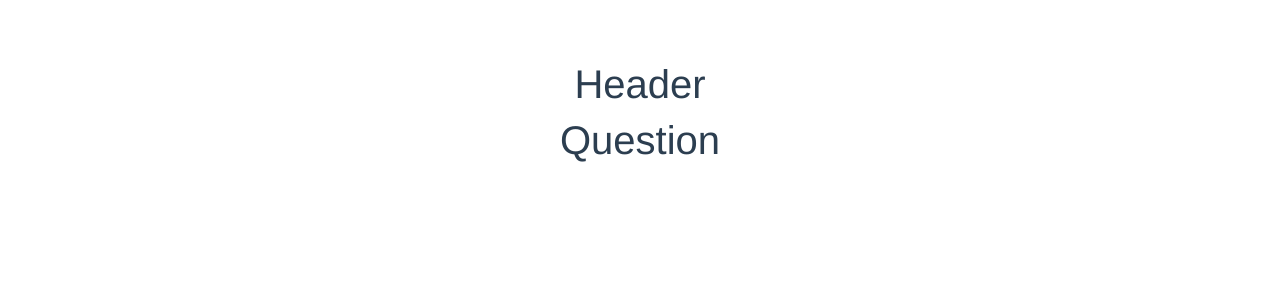
Repository: tokliver/AppVue
Page: /
These files come from the project's save history. The page is drawn as it stood at one moment and after the next save; the edit follows.
The browser window is 1280 px wide. The pictures show the whole page.
The project was rebuilt for these pictures with package versions that can differ from the ones it lists, and the page was loaded fresh each time.

Above is the page before, as saved 2019-04-13 09:11:47.

### src/main.js
import Vue from 'vue'

import BootstrapVue from 'bootstrap-vue'

import 'bootstrap/dist/css/bootstrap.css'
import 'bootstrap-vue/dist/bootstrap-vue.css'

import App from './App.vue'



Vue.use(BootstrapVue)

Vue.config.productionTip = false

new Vue({
  render: h => h(App),
}).$mount('#app')

### src/App.vue
<template>
  <div id="app">
    <Header />
    <QuestionBox />
  </div>
</template>

<script>
import Header from './components/Header.vue'
import QuestionBox from './components/QuestionBox.vue'

export default {
  name: 'app',
  components: {
    Header,
    QuestionBox
  }
}
</script>

<style>
#app {
  font-family: 'Avenir', Helvetica, Arial, sans-serif;
  -webkit-font-smoothing: antialiased;
  -moz-osx-font-smoothing: grayscale;
  text-align: center;
  color: #2c3e50;
  margin-top: 60px;
}
</style>

### src/components/Header.vue
<template>
    <h1>Header</h1>
</template>

### src/components/QuestionBox.vue
<template>
    <h1>Question</h1>
</template>

Loaded but not shown: public/index.html (common file)

After the next save:
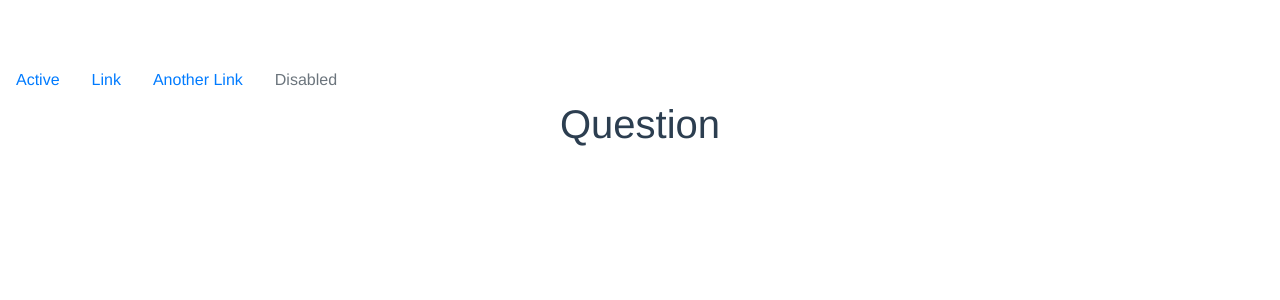
Saved 97 s later.
--- a/src/components/Header.vue
+++ b/src/components/Header.vue
@@ -1,3 +1,10 @@
 <template>
-    <h1>Header</h1>
+    <div>
+  <b-nav>
+    <b-nav-item active>Active</b-nav-item>
+    <b-nav-item>Link</b-nav-item>
+    <b-nav-item>Another Link</b-nav-item>
+    <b-nav-item disabled>Disabled</b-nav-item>
+  </b-nav>
+</div>
 </template>
